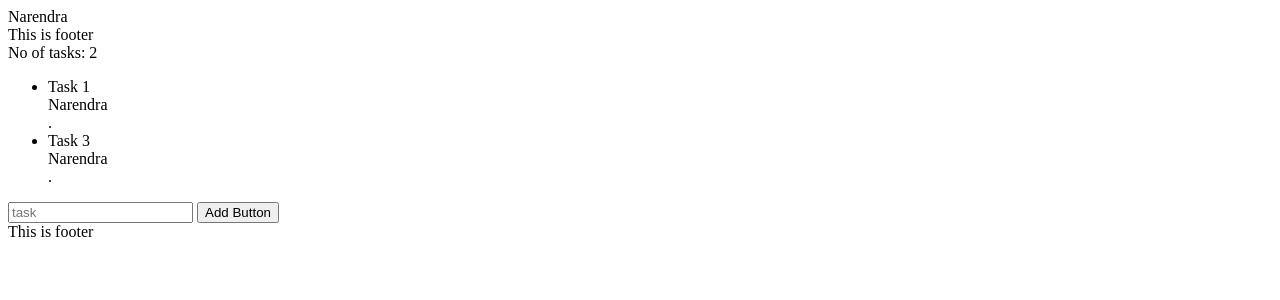
Repository: narendraiitm/jan-2023-term-live-session
Page: todo-vue/index.html
An editor plug-in stored every save of this project. The page is shown before and after a run of saves, followed by the edit.
The browser window is 1280 px wide. The pictures show the whole page.

Above is the page before, as saved 2023-02-16 17:55:44.

### todo-vue/index.html
<!DOCTYPE html>
<html lang="en">
  <head>
    <meta charset="UTF-8" />
    <meta http-equiv="X-UA-Compatible" content="IE=edge" />
    <meta name="viewport" content="width=device-width, initial-scale=1.0" />
    <title>Document</title>
    <style>
      .complete {
        color: red;
      }
    </style>
  </head>
  <body>
    <div id="app"></div>
    <script src="https://cdn.jsdelivr.net/npm/vue@2/dist/vue.js"></script>
    <script src="./app.js" type="module"></script>
  </body>
</html>

### todo-vue/app.js
import Footer from './Components/Footer.js'
import Task from './Components/Task.js'

Vue.component('Header', {
  template: `<div> {{name}}
  <Footer />
  </div>`,
  data() {
    return {
      name: 'Narendra',
    }
  },
  components: {
    Footer: Footer,
  },
})

new Vue({
  // options object
  el: '#app',
  template: `<div>
  <Header />
  <div> No of tasks: {{noOfTasks}} </div>
  <ul>

    <li v-for='(task, index) in tasks'>
        <Task :childTask="task" name='Narendra' />
    </li>
  </ul>
  <input placeholder='task' v-model='currentTask' />
  <button @click='addTask()'> Add Button </button>
  <Footer />
  </div>`,
  data: {
    currentTask: null,
    tasks: [
      { name: 'Task 1', complete: false },
      { name: 'Task 3', complete: false },
    ],
  },
  components: {
    Footer,
    Task,
  },
  methods: {
    addTask() {
      this.tasks.push({ name: this.currentTask })
    },
    deleteTask(index) {
      this.tasks.splice(index, 1)
    },
    markAsComplete(index) {
      this.tasks[index].complete = true
    },
  },
  computed: {
    noOfTasks() {
      return this.tasks.length
    },
  },
  watch: {
    currentTask(newVal, oldVal) {
      if (newVal.length > 5) {
        alert('Length of the task cannot be more then 5')
      }
    },
  },
})

### todo-vue/Components/Footer.js
export default {
  template: `<div> This is footer </div>`,
}

### todo-vue/Components/Task.js
export default {
  template: `<div>
    <span>{{childTask.name}}</span>
    <div> {{name}} </div>.
    </div>`,
  props: ['childTask', 'name'],
}

After the next 2 saves:
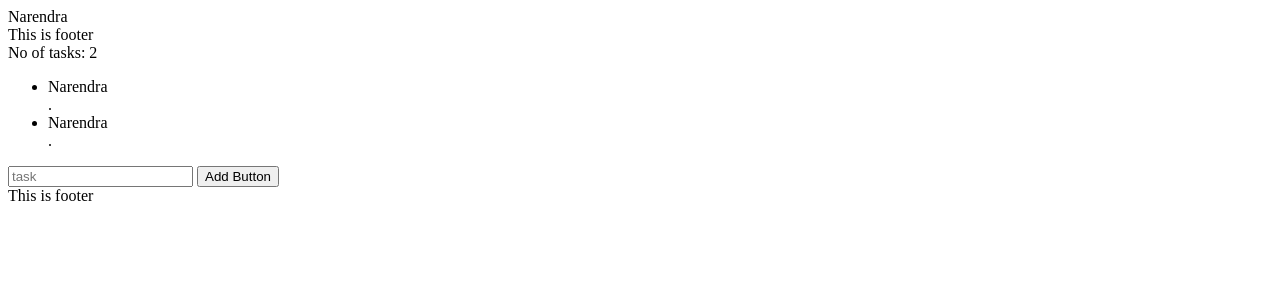
The 2 saves are shown as one change because they came seconds apart.
The last was saved 12 s later.
--- a/todo-vue/app.js
+++ b/todo-vue/app.js
@@ -24,7 +24,7 @@
   <ul>
 
     <li v-for='(task, index) in tasks'>
-        <Task :childTask="task" name='Narendra' />
+        <Task childTask=task name='Narendra' />
     </li>
   </ul>
   <input placeholder='task' v-model='currentTask' />

After the save that followed:
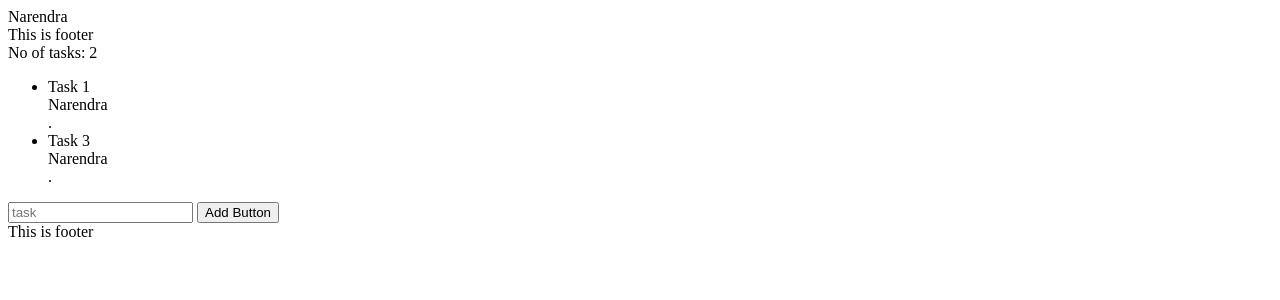
Saved 20 s later.
--- a/todo-vue/app.js
+++ b/todo-vue/app.js
@@ -24,7 +24,7 @@
   <ul>
 
     <li v-for='(task, index) in tasks'>
-        <Task childTask=task name='Narendra' />
+        <Task :childTask='task' name='Narendra' />
     </li>
   </ul>
   <input placeholder='task' v-model='currentTask' />
